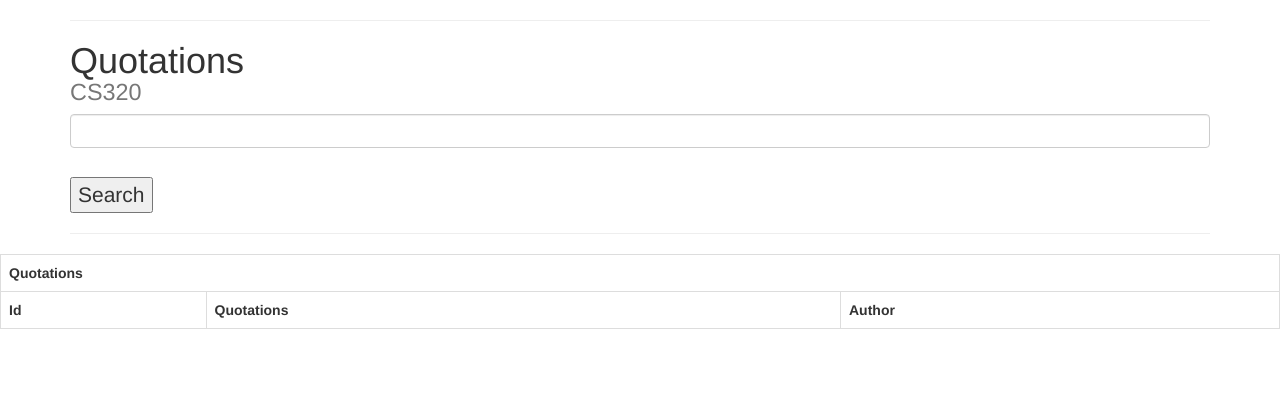
Repository: JamesPatel37/Java-Development-II-III
Page: http://localhost/CS320/QuotationController
An editor plug-in stored every save of this project. The page is shown before and after the next save, followed by the edit.
The browser window is 1280 px wide. The pictures show the whole page.
The page is served by Tomcat 9. Other server files are loaded and not shown. Queries for data that is not in the repository find no rows.

Above is the page before, as saved 2015-06-12 05:47:50.

### Workspace/CS320/WebContent/QuotationView.jsp
<%@ page language="java" contentType="text/html; charset=ISO-8859-1"
    pageEncoding="ISO-8859-1"%>

<%@ taglib prefix= "c" uri= "http://java.sun.com/jsp/jstl/core" %>

<!DOCTYPE html PUBLIC "-//W3C//DTD HTML 4.01 Transitional//EN" "http://www.w3.org/TR/html4/loose.dtd">
<html>

<head>
<meta http-equiv="Content-Type" content="text/html; charset=ISO-8859-1">
<title>Insert title here</title>
<link rel='stylesheet' href='https://maxcdn.bootstrapcdn.com/bootstrap/3.3.1/css/bootstrap.min.css'>
</head>


<body>

<div class='container'>
<form action="QuotationController" method="get">
	<hr>
		<h1>Quotations<br/><small>CS320</small></h1>

		<p class='lead'><input name='search' type='text' class='form-control'> <br/>
		<input type = 'submit' name = 'submit' value = 'Search'/>

</form>
<hr>
</div>


 <table class="table table-bordered">

  <tr><th align = "center" colspan="3">Quotations</th></tr>

  	<tr> <th>Id</th> <th>Quotations</th> <th>Author</th> </tr>


	<c:forEach items="${quotes}" var="entry">
	<tr>
		<td>${entry.id}</td>
		<td>${entry.quotation}</td>
		<td>${entry.author}</td>
	</tr>


	</c:forEach>


</table>

</body>
</html>

### Workspace/CS320/src/cs320/finalexam/QuotationController.java
package cs320.fe;

import java.io.IOException;
import java.sql.Connection;
import java.sql.DriverManager;
import java.sql.ResultSet;
import java.sql.SQLException;
import java.sql.Statement;
import java.util.ArrayList;

import javax.servlet.ServletConfig;
import javax.servlet.ServletException;
import javax.servlet.annotation.WebServlet;
import javax.servlet.http.HttpServlet;
import javax.servlet.http.HttpServletRequest;
import javax.servlet.http.HttpServletResponse;

@WebServlet("/QuotationController")
public class QuotationController extends HttpServlet {
	private static final long serialVersionUID = 1L;


    public QuotationController() {
        super();

    }

public void init(ServletConfig config) throws ServletException {

		super.init( config );
	 	 try
	        {
	            Class.forName( "com.mysql.jdbc.Driver" );
	        }
	        catch( ClassNotFoundException e )
	        {
	            throw new ServletException( e );
	        }
	}
	protected void doGet(HttpServletRequest request, HttpServletResponse response) throws ServletException, IOException {

		ArrayList<QuotationBean> quotes  = new ArrayList<QuotationBean>();

		String search = request.getParameter("search");

		 if(search == null)
		 {
			 search = "";
		 }

		Connection c = null;
		 try
	        {
			 String url = "jdbc:mysql://cs3.calstatela.edu:3306/cs320stu72";
	         String username = "cs320stu72";
	         String password = "cOdJJKy!";

	         c = DriverManager.getConnection( url, username, password );
	            Statement stmt = c.createStatement();


	            ResultSet rs;

	            if(!search.equals(""))
	    		{
	            	String que = ( new StringBuilder("SELECT * FROM quotations WHERE  ((quotation Like '%")).append(search).append("%') OR (author Like '%").append(search).append("%'))").toString();
	            	  rs = stmt.executeQuery( que);
	    		}
	            else
	            {
	            	   rs = stmt.executeQuery( "SELECT * FROM quotations");
	            }

	            while( rs.next() )
	            {
	            	QuotationBean entry = new QuotationBean( rs.getInt("id"), rs.getString( "quotation" ), rs.getString( "author" ));
	            	quotes.add( entry );
	            }

	        }
	        catch( SQLException e )
	        {
	            throw new ServletException( e );
	        }
	        finally
	        {
	            try
	            {
	                if( c != null ) c.close();
	            }
	            catch( SQLException e )
	            {
	                throw new ServletException( e );
	            }
	        }


		 request.setAttribute( "quotes", quotes );

		 request.getRequestDispatcher( "./QuotationView.jsp" ).forward(request, response );
	}

	protected void doPost(HttpServletRequest request, HttpServletResponse response) throws ServletException, IOException {

		doGet(request, response);
	}

}

After the next save:
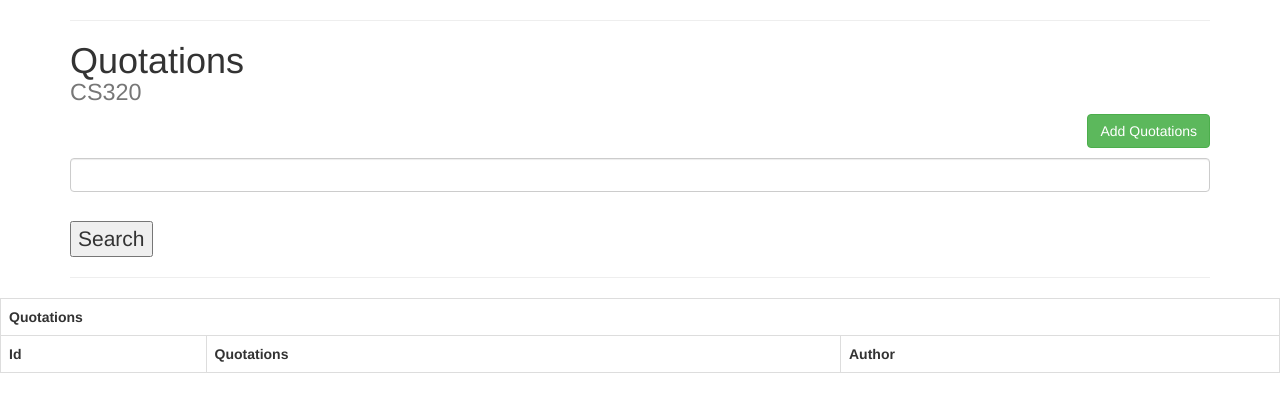
Saved 2 min 50 s later.
--- a/Workspace/CS320/WebContent/QuotationView.jsp
+++ b/Workspace/CS320/WebContent/QuotationView.jsp
@@ -19,6 +19,8 @@
 <form action="QuotationController" method="get">
 	<hr>
 		<h1>Quotations<br/><small>CS320</small></h1>
+		<p class='pull-right'>
+		<a href='AddQuotationController' class='btn btn-success'>Add Quotations</a></p>
 
 		<p class='lead'><input name='search' type='text' class='form-control'> <br/>
 		<input type = 'submit' name = 'submit' value = 'Search'/>
